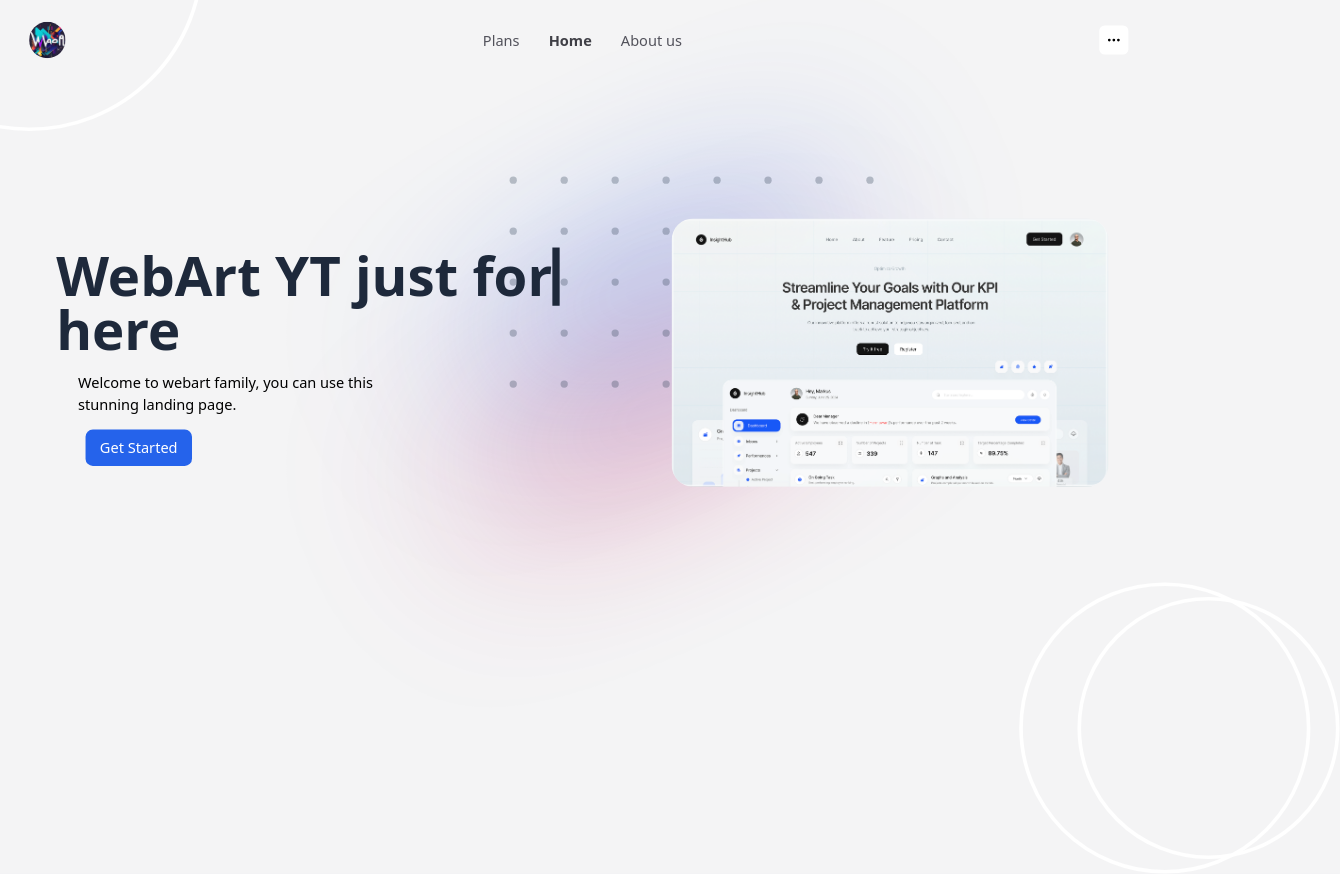
Repository: 30namp/youtube-web-art-code
Page: stunning landing page 1/index.html
An editor plug-in stored every save of this project. The page is shown before and after the next save, followed by the edit.
The browser window is 1280 px wide. The page is 1472 px wide, so the pictures cover 1472 px, including what lies to the right of the window. The pictures show the whole page, at 91% of full size.

Above is the page before, as saved 2024-09-26 21:35:44.

After the next save:
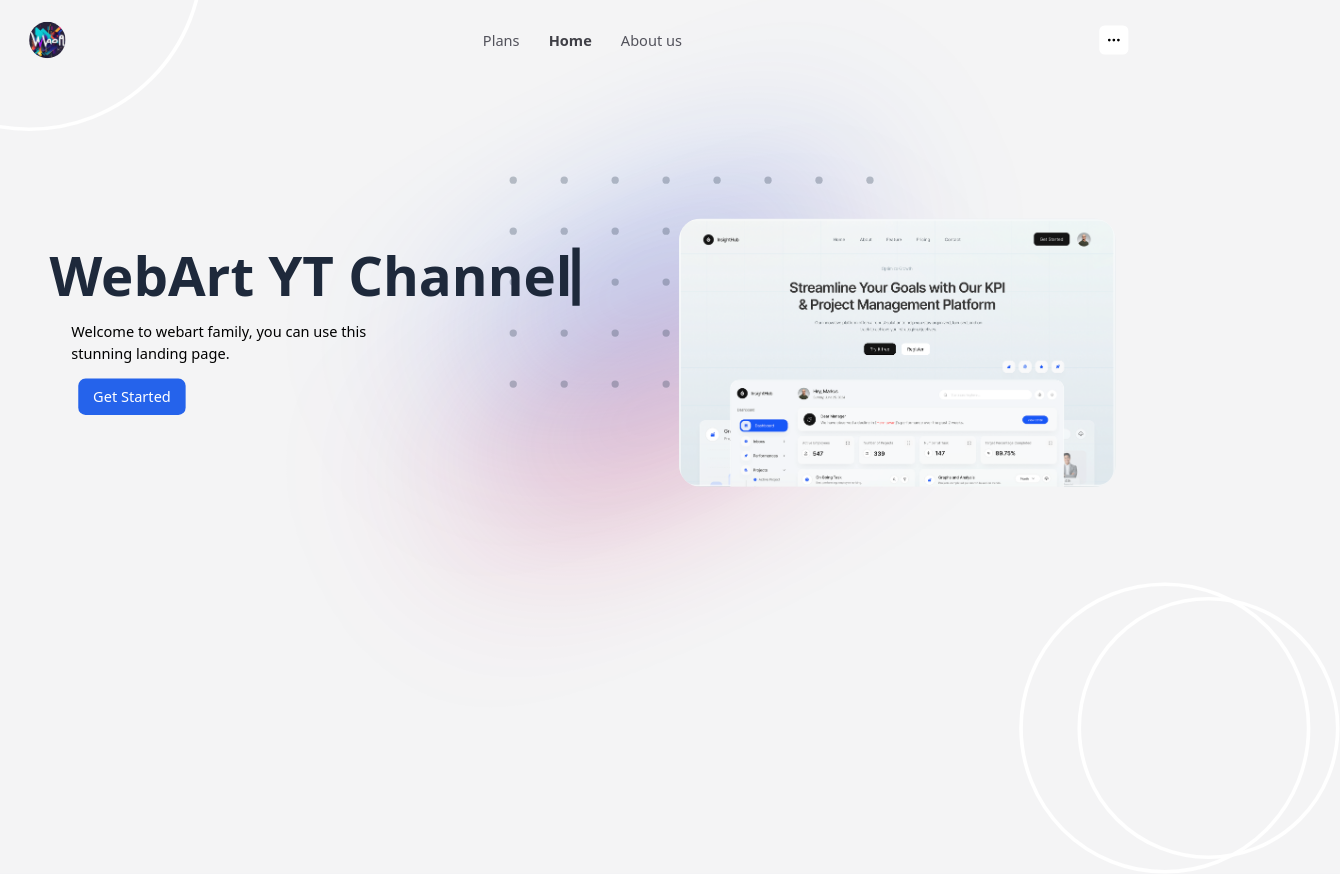
Saved 9 s later.
--- a/stunning landing page 1/index.html
+++ b/stunning landing page 1/index.html
@@ -102,10 +102,7 @@
     <div class="hero-section relative pt-60 flex justify-around items-start">
       <div class="content flex flex-col items-start gap-4 pt-8">
         <div class="text-6xl font-bold text-slate-800 flex">
-          <h1>
-            WebArt YT just for <br />
-            here
-          </h1>
+          <h1>WebArt YT Channel</h1>
           <div class="h-16 w-2 bg-slate-800"></div>
         </div>
         <p class="description w-96 ml-6">
